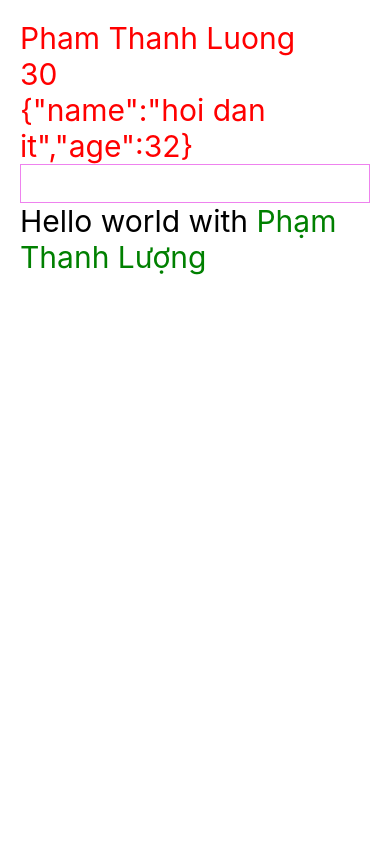
Repository: LuongPTCE181311/React-Native-Ultimate
Screen: /
The author's editor kept a copy of each file at every save. The screen is drawn from the files as they stood at one save, then again after the next save.
The app was drawn by React Native's web renderer in a window 390 px wide. The project was rebuilt for these pictures with package versions that can differ from the ones it lists, and the page was loaded fresh each time. Some packages were replaced by stand-ins written for this rebuild.

Above is the screen before, as saved 2026-05-30 15:26:09.

After the next save:
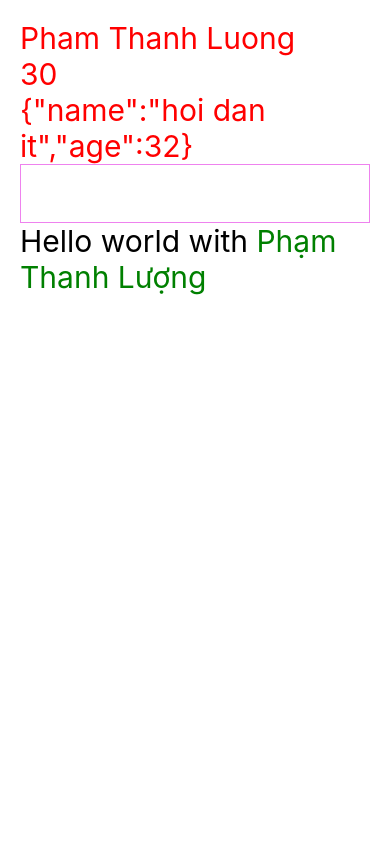
Saved 11 s later.
--- a/App.tsx
+++ b/App.tsx
@@ -52,6 +52,6 @@ const styles = StyleSheet.create({
   borderInput: {
     borderColor: "violet",
     borderWidth: 1,
-    padding: 10
+    padding: 20
   }
 });
